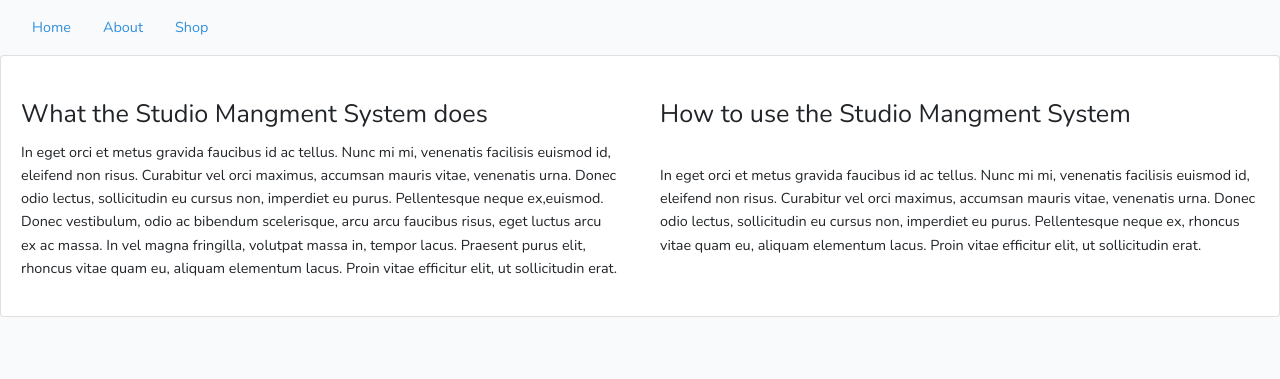
Repository: littae2/simplicite
Page: http://localhost/about
An editor plug-in stored every save of this project. The page is shown before and after the next save, followed by the edit.
The browser window is 1280 px wide. The pictures show the whole page.
Some web libraries are served in a nearby version. The page is served by the project's Laravel application, run on PHP 8.4 with Laravel 8.

Above is the page before, as saved 2021-08-13 14:10:21.

After the next save:
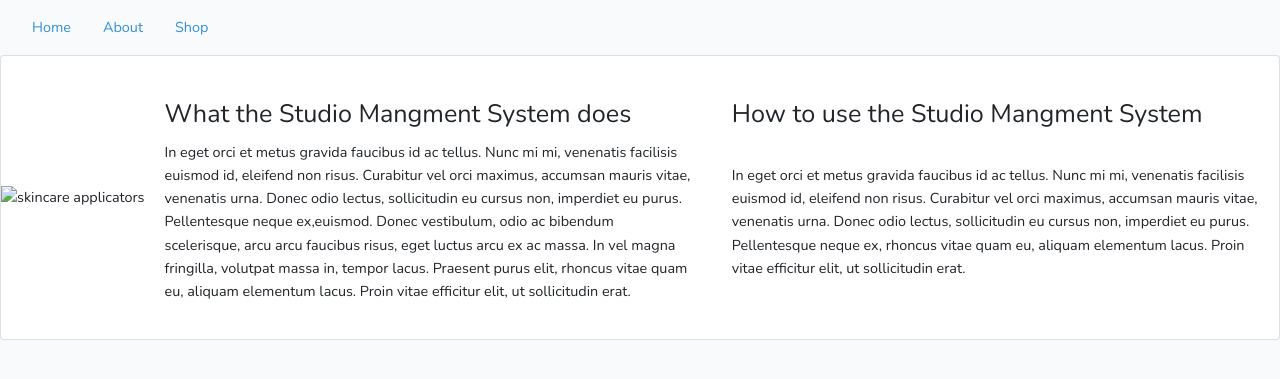
Saved 12 s later.
--- a/Project/resources/views/about/index.blade.php
+++ b/Project/resources/views/about/index.blade.php
@@ -10,7 +10,7 @@
 @endif -->
 
   <div class="card d-flex flex-row justify-content-between align-items-center w-90 home">
-
+  <img src="{{url('img/product2.jpg')}}" alt="skincare applicators" id="headerImg">
     <div class="card-body w-25 ">
 
       <br>
